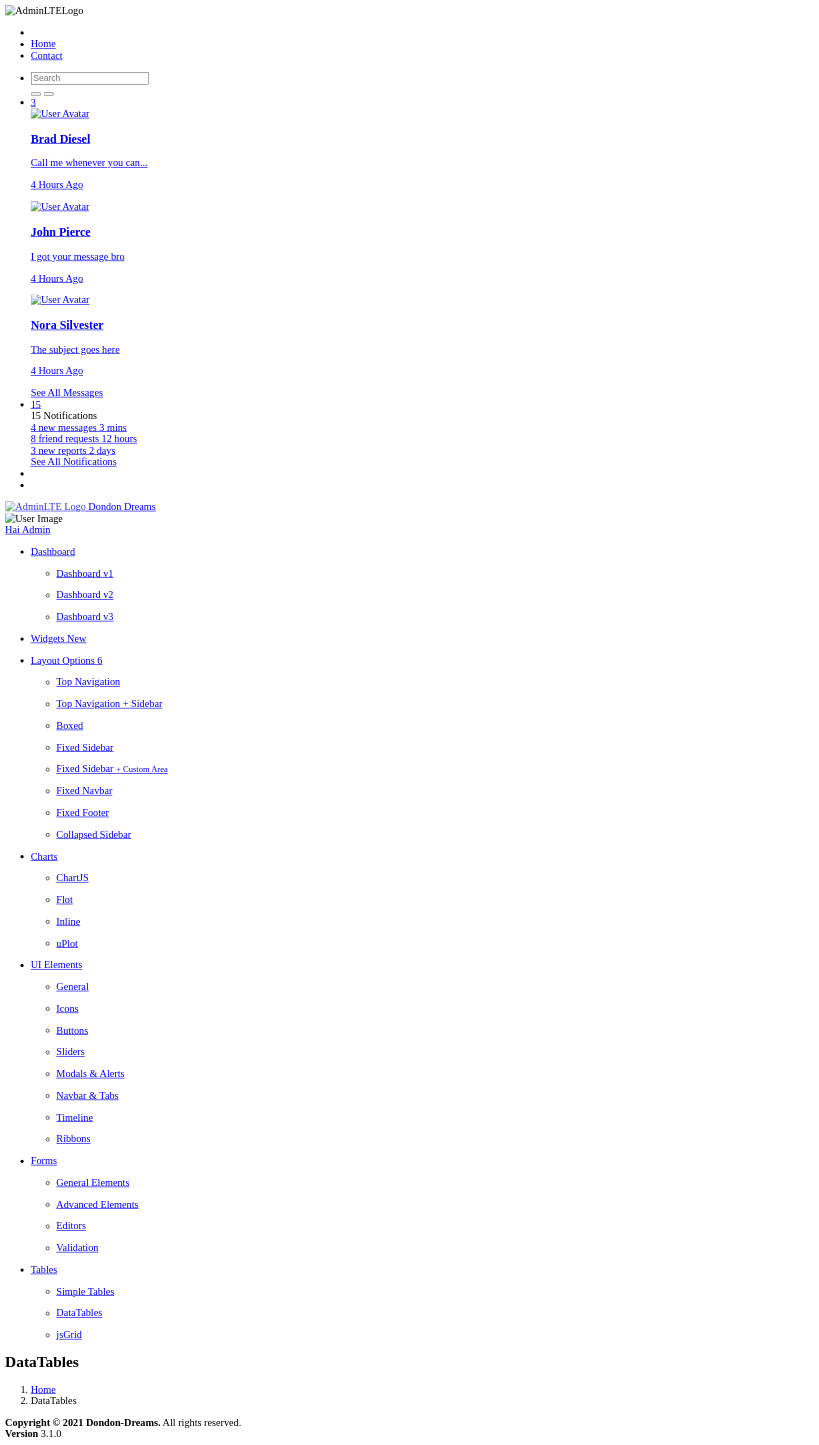
Repository: F14NDJ1/dondon-dreams
Page: http://localhost/admin
The author's editor kept a copy of each file at every save. The page is drawn from the files as they stood at one save, then again after the next save.
The browser window is 1280 px wide. The pictures show the whole page, at 64% of full size.
Some web fonts or font styles are not loaded; a fallback is used. The page is served by the project's Laravel application, run on PHP 8.4 with Laravel 8. Other server files are loaded and not shown.

Above is the page before, as saved 2021-11-01 13:07:04.
Console error: ReferenceError: $ is not defined

### routes/web.php
<?php

use Illuminate\Support\Facades\Route;

/*
|--------------------------------------------------------------------------
| Web Routes
|--------------------------------------------------------------------------
|
| Here is where you can register web routes for your application. These
| routes are loaded by the RouteServiceProvider within a group which
| contains the "web" middleware group. Now create something great!
|
*/

Route::get('/', function () {
    return view('index');
});
Route::get('/admin', function () {
    return view('/admin/index');
});

### resources/views/admin/index.blade.php
@extends('admin.partials.header')

@section('container')
<section class="content-header">
    <div class="container-fluid">
        <div class="row mb-2">
            <div class="col-sm-6">
                <h1>DataTables</h1>
            </div>
            <div class="col-sm-6">
                <ol class="breadcrumb float-sm-right">
                    <li class="breadcrumb-item"><a href="#">Home</a></li>
                    <li class="breadcrumb-item active">DataTables</li>
                </ol>
            </div>
        </div>
    </div><!-- /.container-fluid -->
</section>
@endsection

### resources/views/admin/partials/header.blade.php
<!DOCTYPE html>
<html lang="en">

<head>
    <meta charset="utf-8">
    <meta name="viewport" content="width=device-width, initial-scale=1">
    <title>AdminLTE 3 | Dashboard</title>

    <!-- Google Font: Source Sans Pro -->
    <link rel="stylesheet" href="https://fonts.googleapis.com/css?family=Source+Sans+Pro:300,400,400i,700&display=fallback">
    <!-- Font Awesome -->
    <link rel="stylesheet" href="admin/plugins/fontawesome-free/css/all.min.css">
    <!-- Ionicons -->
    <link rel="stylesheet" href="https://code.ionicframework.com/ionicons/2.0.1/css/ionicons.min.css">
    <!-- Tempusdominus Bootstrap 4 -->
    <link rel="stylesheet" href="admin/plugins/tempusdominus-bootstrap-4/css/tempusdominus-bootstrap-4.min.css">
    <!-- iCheck -->
    <link rel="stylesheet" href="admin/plugins/icheck-bootstrap/icheck-bootstrap.min.css">
    <!-- JQVMap -->
    <link rel="stylesheet" href="admin/plugins/jqvmap/jqvmap.min.css">
    <!-- Theme style -->
    <link rel="stylesheet" href="admin/dist/css/adminlte.min.css">
    <!-- overlayScrollbars -->
    <link rel="stylesheet" href="admin/plugins/overlayScrollbars/css/OverlayScrollbars.min.css">
    <!-- Daterange picker -->
    <link rel="stylesheet" href="admin/plugins/daterangepicker/daterangepicker.css">
    <!-- summernote -->
    <link rel="stylesheet" href="admin/plugins/summernote/summernote-bs4.min.css">
</head>

<body class="hold-transition sidebar-mini layout-fixed">
    <div class="wrapper">

        <!-- Preloader -->
        <div class="preloader flex-column justify-content-center align-items-center">
            <img class="animation__shake" src="admin/dist/img/AdminLTELogo.png" alt="AdminLTELogo" height="60" width="60">
        </div>

        <!-- Navbar -->
        <nav class="main-header navbar navbar-expand navbar-white navbar-light">
            <!-- Left navbar links -->
            <ul class="navbar-nav">
                <li class="nav-item">
                    <a class="nav-link" data-widget="pushmenu" href="#" role="button"><i class="fas fa-bars"></i></a>
                </li>
                <li class="nav-item d-none d-sm-inline-block">
                    <a href="index3.html" class="nav-link">Home</a>
                </li>
                <li class="nav-item d-none d-sm-inline-block">
                    <a href="#" class="nav-link">Contact</a>
                </li>
            </ul>

            <!-- Right navbar links -->
            <ul class="navbar-nav ml-auto">
                <!-- Navbar Search -->
                <li class="nav-item">
                    <a class="nav-link" data-widget="navbar-search" href="#" role="button">
                        <i class="fas fa-search"></i>
                    </a>
                    <div class="navbar-search-block">
                        <form class="form-inline">
                            <div class="input-group input-group-sm">
                                <input class="form-control form-control-navbar" type="search" placeholder="Search" aria-label="Search">
                                <div class="input-group-append">
                                    <button class="btn btn-navbar" type="submit">
                                        <i class="fas fa-search"></i>
                                    </button>
                                    <button class="btn btn-navbar" type="button" data-widget="navbar-search">
                                        <i class="fas fa-times"></i>
                                    </button>
                                </div>
                            </div>
                        </form>
                    </div>
                </li>

                <!-- Messages Dropdown Menu -->
                <li class="nav-item dropdown">
                    <a class="nav-link" data-toggle="dropdown" href="#">
                        <i class="far fa-comments"></i>
                        <span class="badge badge-danger navbar-badge">3</span>
                    </a>
                    <div class="dropdown-menu dropdown-menu-lg dropdown-menu-right">
                        <a href="#" class="dropdown-item">
                            <!-- Message Start -->
                            <div class="media">
                                <img src="admin/dist/img/user1-128x128.jpg" alt="User Avatar" class="img-size-50 mr-3 img-circle">
                                <div class="media-body">
                                    <h3 class="dropdown-item-title">
                                        Brad Diesel
                                        <span class="float-right text-sm text-danger"><i class="fas fa-star"></i></span>
                                    </h3>
                                    <p class="text-sm">Call me whenever you can...</p>
                                    <p class="text-sm text-muted"><i class="far fa-clock mr-1"></i> 4 Hours Ago</p>
                                </div>
                            </div>
                            <!-- Message End -->
                        </a>
                        <div class="dropdown-divider"></div>
                        <a href="#" class="dropdown-item">
                            <!-- Message Start -->
                            <div class="media">
                                <img src="admin/dist/img/user8-128x128.jpg" alt="User Avatar" class="img-size-50 img-circle mr-3">
                                <div class="media-body">
                                    <h3 class="dropdown-item-title">
                                        John Pierce
                                        <span class="float-right text-sm text-muted"><i class="fas fa-star"></i></span>
                                    </h3>
                                    <p class="text-sm">I got your message bro</p>
                                    <p class="text-sm text-muted"><i class="far fa-clock mr-1"></i> 4 Hours Ago</p>
                                </div>
                            </div>
                            <!-- Message End -->
                        </a>
                        <div class="dropdown-divider"></div>
                        <a href="#" class="dropdown-item">
                            <!-- Message Start -->
                            <div class="media">
                                <img src="admin/dist/img/user3-128x128.jpg" alt="User Avatar" class="img-size-50 img-circle mr-3">
                                <div class="media-body">
                                    <h3 class="dropdown-item-title">
                                        Nora Silvester
                                        <span class="float-right text-sm text-warning"><i class="fas fa-star"></i></span>
                                    </h3>
                                    <p class="text-sm">The subject goes here</p>
                                    <p class="text-sm text-muted"><i class="far fa-clock mr-1"></i> 4 Hours Ago</p>
                                </div>
                            </div>
                            <!-- Message End -->
                        </a>
                        <div class="dropdown-divider"></div>
                        <a href="#" class="dropdown-item dropdown-footer">See All Messages</a>
                    </div>
                </li>
                <!-- Notifications Dropdown Menu -->
                <li class="nav-item dropdown">
                    <a class="nav-link" data-toggle="dropdown" href="#">
                        <i class="far fa-bell"></i>
                        <span class="badge badge-warning navbar-badge">15</span>
                    </a>
                    <div class="dropdown-menu dropdown-menu-lg dropdown-menu-right">
                        <span class="dropdown-item dropdown-header">15 Notifications</span>
                        <div class="dropdown-divider"></div>
                        <a href="#" class="dropdown-item">
                            <i class="fas fa-envelope mr-2"></i> 4 new messages
                            <span class="float-right text-muted text-sm">3 mins</span>
                        </a>
                        <div class="dropdown-divider"></div>
                        <a href="#" class="dropdown-item">
                            <i class="fas fa-users mr-2"></i> 8 friend requests
                            <span class="float-right text-muted text-sm">12 hours</span>
                        </a>
                        <div class="dropdown-divider"></div>
                        <a href="#" class="dropdown-item">
                            <i class="fas fa-file mr-2"></i> 3 new reports
                            <span class="float-right text-muted text-sm">2 days</span>
                        </a>
                        <div class="dropdown-divider"></div>
                        <a href="#" class="dropdown-item dropdown-footer">See All Notifications</a>
                    </div>
                </li>
                <li class="nav-item">
                    <a class="nav-link" data-widget="fullscreen" href="#" role="button">
                        <i class="fas fa-expand-arrows-alt"></i>
                    </a>
                </li>
                <li class="nav-item">
                    <a class="nav-link" data-widget="control-sidebar" data-slide="true" href="#" role="button">
                        <i class="fas fa-th-large"></i>
                    </a>
                </li>
            </ul>
        </nav>
        <!-- /.navbar -->

        @include('admin.partials.sidebar')
        <!-- Main content -->

        <!-- Content Wrapper. Contains page content -->
        <div class="content-wrapper">

            @yield('container')
            <!-- /.content -->
        </div>
        <!-- /.content-wrapper -->

        @include('admin.partials.footer')

### resources/views/admin/partials/footer.blade.php
<footer class="main-footer">
    <strong>Copyright &copy; 2021 Dondon-Dreams.</strong>
    All rights reserved.
    <div class="float-right d-none d-sm-inline-block">
        <b>Version</b> 3.1.0
    </div>
</footer>

<!-- Control Sidebar -->
<aside class="control-sidebar control-sidebar-dark">
    <!-- Control sidebar content goes here -->
</aside>
<!-- /.control-sidebar -->
</div>
<!-- ./wrapper -->

<!-- jQuery -->
<script src="admin/plugins/jquery/jquery.min.js"></script>
<!-- jQuery UI 1.11.4 -->
<script src="admin/plugins/jquery-ui/jquery-ui.min.js"></script>
<!-- Resolve conflict in jQuery UI tooltip with Bootstrap tooltip -->
<script>
    $.widget.bridge('uibutton', $.ui.button)
</script>
<!-- Bootstrap 4 -->
<script src="admin/plugins/bootstrap/js/bootstrap.bundle.min.js"></script>
<!-- ChartJS -->
<script src="admin/plugins/chart.js/Chart.min.js"></script>
<!-- Sparkline -->
<script src="admin/plugins/sparklines/sparkline.js"></script>
<!-- JQVMap -->
<script src="admin/plugins/jqvmap/jquery.vmap.min.js"></script>
<script src="admin/plugins/jqvmap/maps/jquery.vmap.usa.js"></script>
<!-- jQuery Knob Chart -->
<script src="admin/plugins/jquery-knob/jquery.knob.min.js"></script>
<!-- daterangepicker -->
<script src="admin/plugins/moment/moment.min.js"></script>
<script src="admin/plugins/daterangepicker/daterangepicker.js"></script>
<!-- Tempusdominus Bootstrap 4 -->
<script src="admin/plugins/tempusdominus-bootstrap-4/js/tempusdominus-bootstrap-4.min.js"></script>
<!-- Summernote -->
<script src="admin/plugins/summernote/summernote-bs4.min.js"></script>
<!-- overlayScrollbars -->
<script src="admin/plugins/overlayScrollbars/js/jquery.overlayScrollbars.min.js"></script>
<!-- AdminLTE App -->
<script src="admin/dist/js/adminlte.js"></script>
<!-- AdminLTE for demo purposes -->
<script src="admin/dist/js/demo.js"></script>
<!-- AdminLTE dashboard demo (This is only for demo purposes) -->
<script src="admin/dist/js/pages/dashboard.js"></script>
</body>

</html>

Loaded but not shown: public/admin/plugins/jqvmap/jqvmap.min.css (common file); public/admin/plugins/daterangepicker/daterangepicker.css (library); public/admin/plugins/sparklines/sparkline.js (library); public/admin/dist/js/pages/dashboard.js (267 lines, source omitted); resources/views/admin/partials/sidebar.blade.php (287 lines, source omitted)

After the next save:
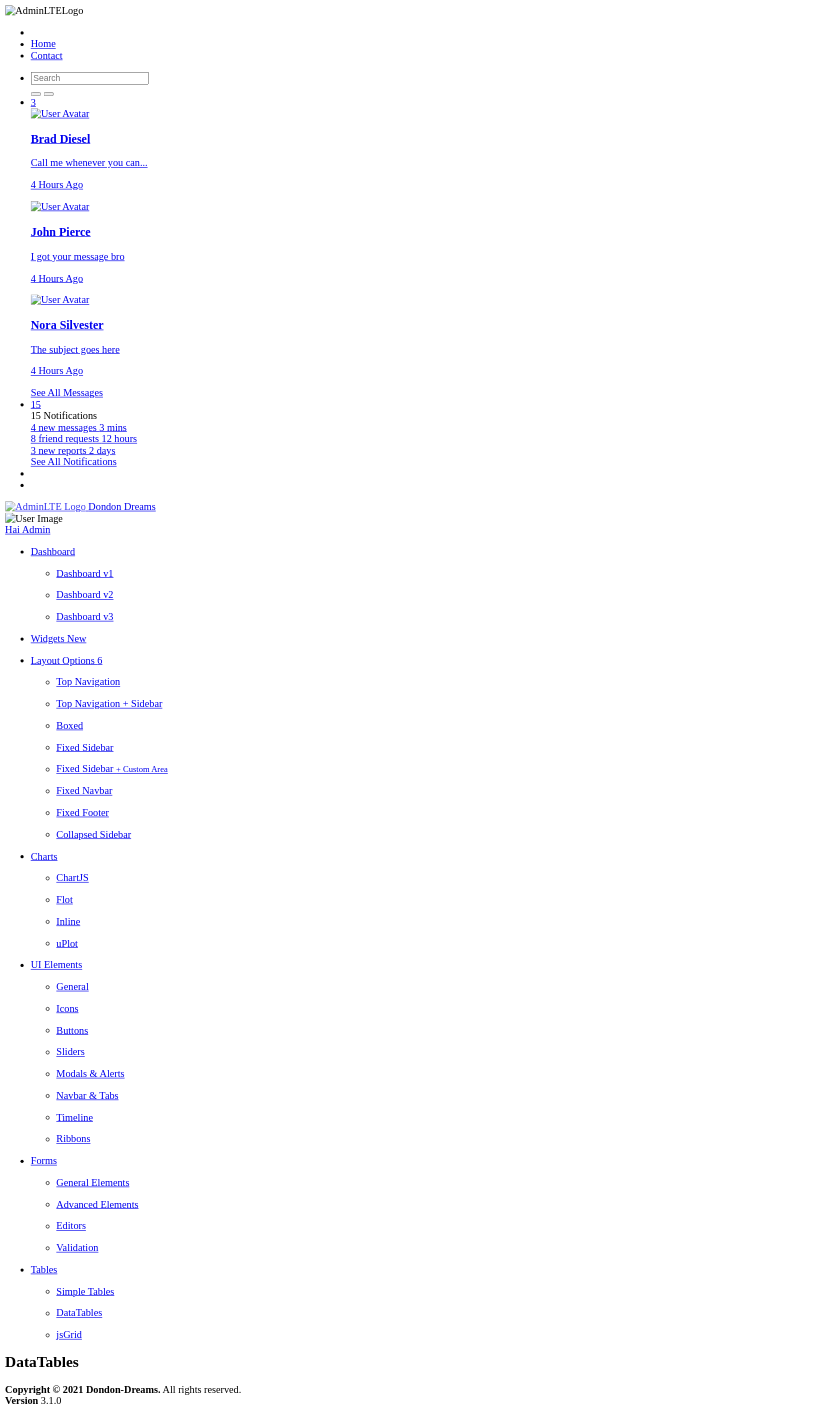
Saved 4 s later.
--- a/resources/views/admin/index.blade.php
+++ b/resources/views/admin/index.blade.php
@@ -7,12 +7,6 @@
             <div class="col-sm-6">
                 <h1>DataTables</h1>
             </div>
-            <div class="col-sm-6">
-                <ol class="breadcrumb float-sm-right">
-                    <li class="breadcrumb-item"><a href="#">Home</a></li>
-                    <li class="breadcrumb-item active">DataTables</li>
-                </ol>
-            </div>
         </div>
     </div><!-- /.container-fluid -->
 </section>
